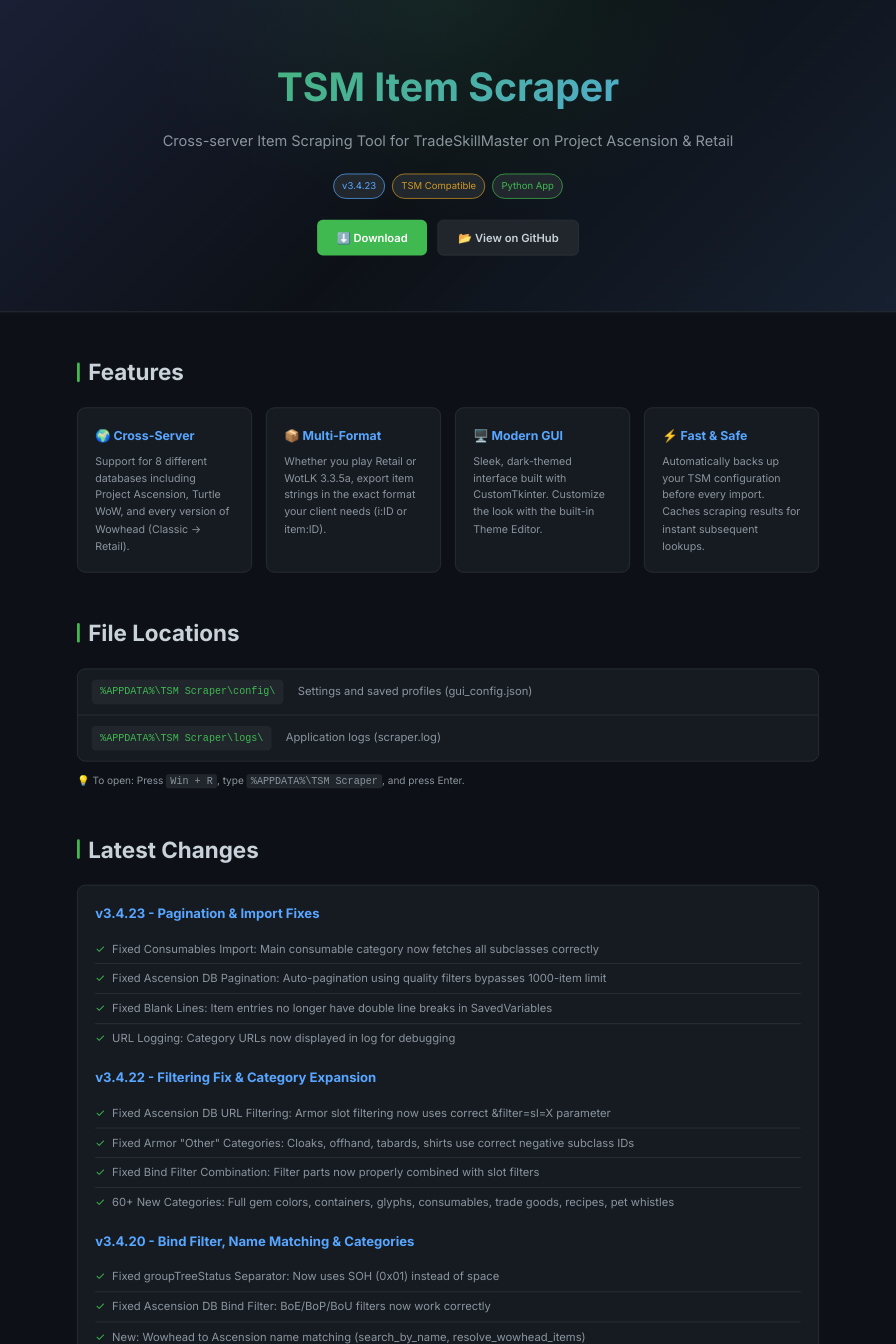
Repository: Xurkon/TSM-Scraper
Page: docs/index.html
These files come from the project's save history. The page is drawn as it stood at one moment and after the next save; the edit follows.
The browser window is 1280 px wide. The pictures show the part of the page from y = 0 to 1920 px (the page is 4908 px tall before and 5099 px after), at 70% of full size.

Above is the page before, as saved 2026-02-24 18:30:20.

After the next save:
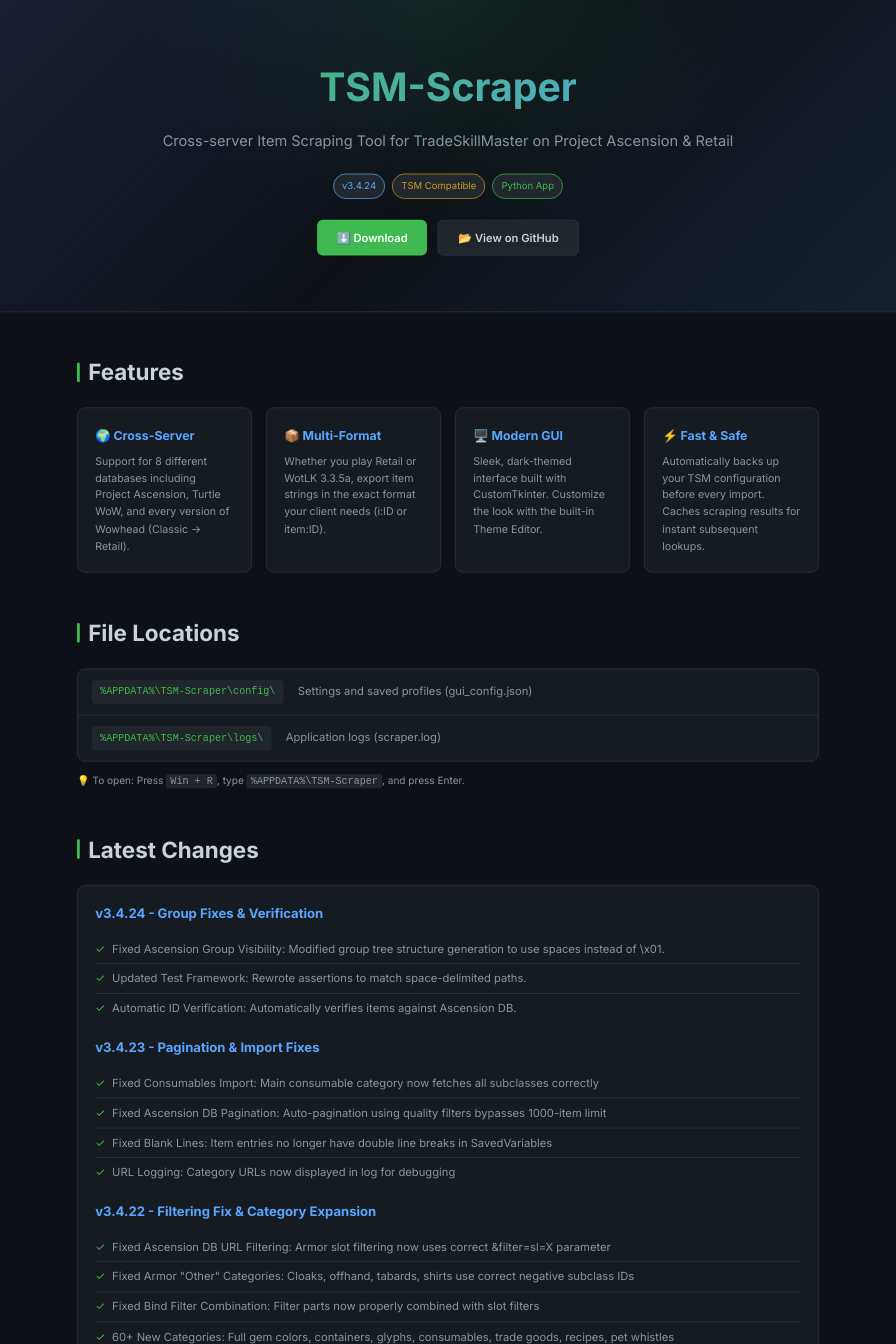
Saved 31 s later.
--- a/docs/index.html
+++ b/docs/index.html
@@ -4,7 +4,7 @@
 <head>
     <meta charset="UTF-8">
     <meta name="viewport" content="width=device-width, initial-scale=1.0">
-    <title>TSM Item Scraper - Documentation</title>
+    <title>TSM-Scraper - Documentation</title>
     <link href="https://fonts.googleapis.com/css2?family=Inter:wght@400;500;600;700&display=swap" rel="stylesheet">
     <style>
         :root {
@@ -341,11 +341,11 @@
 
 <body>
     <div class="hero">
-        <h1>TSM Item Scraper</h1>
+        <h1>TSM-Scraper</h1>
         <p class="subtitle">Cross-server Item Scraping Tool for TradeSkillMaster on Project Ascension &amp; Retail</p>
 
         <div class="badges">
-            <span class="badge version">v3.4.23</span>
+            <span class="badge version">v3.4.24</span>
             <span class="badge wow">TSM Compatible</span>
             <span class="badge platform">Python App</span>
         </div>
@@ -391,11 +391,11 @@
             <h2>File Locations</h2>
             <div class="commands-list">
                 <div class="command-item">
-                    <span class="command-code">%APPDATA%\TSM Scraper\config\</span>
+                    <span class="command-code">%APPDATA%\TSM-Scraper\config\</span>
                     <span class="command-desc">Settings and saved profiles (gui_config.json)</span>
                 </div>
                 <div class="command-item">
-                    <span class="command-code">%APPDATA%\TSM Scraper\logs\</span>
+                    <span class="command-code">%APPDATA%\TSM-Scraper\logs\</span>
                     <span class="command-desc">Application logs (scraper.log)</span>
                 </div>
             </div>
@@ -403,7 +403,7 @@
                 💡 To open: Press <code
                     style="background: var(--bg-tertiary); padding: 2px 6px; border-radius: 4px;">Win + R</code>,
                 type <code
-                    style="background: var(--bg-tertiary); padding: 2px 6px; border-radius: 4px;">%APPDATA%\TSM Scraper</code>,
+                    style="background: var(--bg-tertiary); padding: 2px 6px; border-radius: 4px;">%APPDATA%\TSM-Scraper</code>,
                 and press Enter.
             </p>
         </section>
@@ -414,7 +414,14 @@
         <section>
             <h2>Latest Changes</h2>
             <div class="changelog">
-                <h3>v3.4.23 - Pagination & Import Fixes</h3>
+                <h3>v3.4.24 - Group Fixes & Verification</h3>
+                <ul>
+                    <li>Fixed Ascension Group Visibility: Modified group tree structure generation to use spaces instead of \x01.</li>
+                    <li>Updated Test Framework: Rewrote assertions to match space-delimited paths.</li>
+                    <li>Automatic ID Verification: Automatically verifies items against Ascension DB.</li>
+                </ul>
+
+                <h3 style="margin-top: 20px;">v3.4.23 - Pagination & Import Fixes</h3>
                 <ul>
                     <li>Fixed Consumables Import: Main consumable category now fetches all subclasses correctly</li>
                     <li>Fixed Ascension DB Pagination: Auto-pagination using quality filters bypasses 1000-item limit</li>
